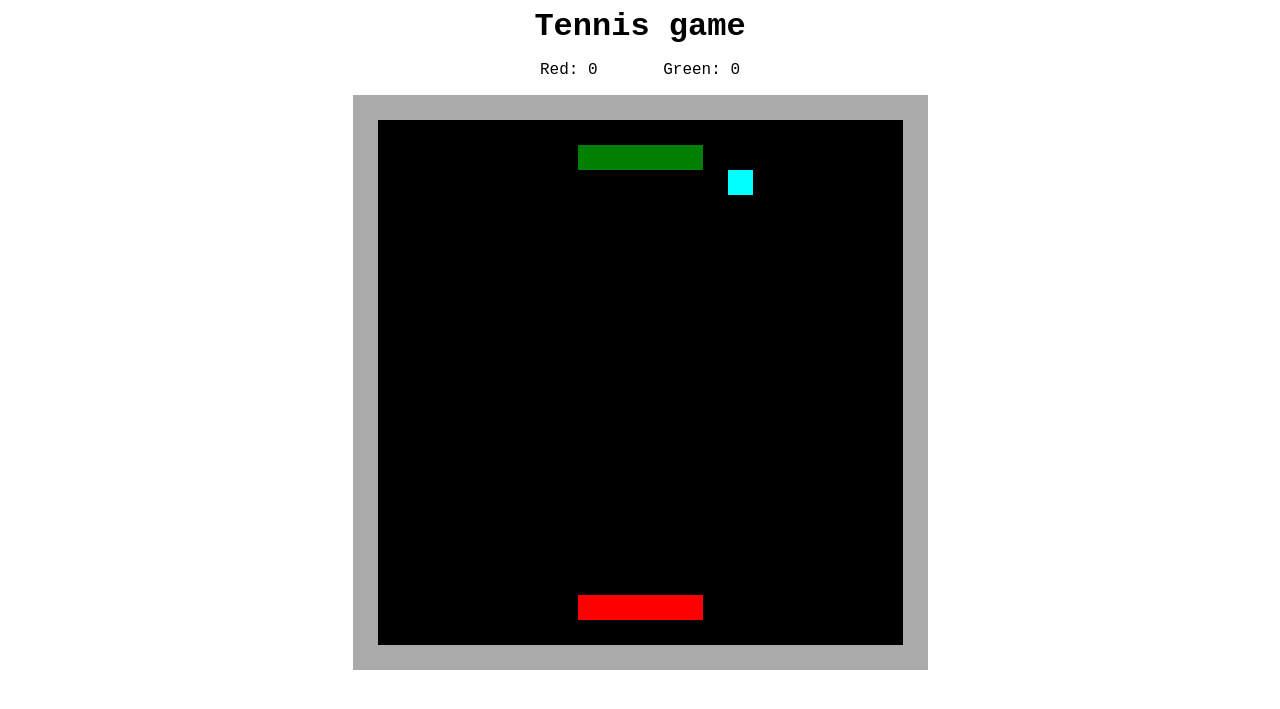
Repository: abdelrahman-ahmed-nassar/javascript-games
Page: my_ping-pong/index.html
An editor plug-in stored every save of this project. The page is shown before and after the next save, followed by the edit.
The browser window is 1280 px wide. The pictures show the whole page.

Above is the page before, as saved 2024-07-27 18:38:13.

### my_ping-pong/index.html
<!DOCTYPE html>
<html lang="en">
  <head>
    <meta charset="UTF-8" />
    <meta name="viewport" content="width=device-width, initial-scale=1.0" />
    <link rel="stylesheet" href="style.css" />
    <script defer src="script.js"></script>
    <title>Tennis 🎾</title>
  </head>
  <body>
    <h1>Tennis game</h1>
    <div class="score-container">
      <p id="player-1">Red: <span id="player--0__score">0</span></p>
      <p id="player-2">Green: <span id="player--1__score">0</span></p>
    </div>
    <canvas id="canvas"></canvas>
  </body>
</html>

### my_ping-pong/style.css
body {
  font-family: "Courier New", Courier, monospace;
  text-align: center;
}
h1 {
  margin: 0;
  padding: 0;
}
.score-container {
  display: flex;
  width: 200px;
  margin: 0 auto;
  justify-content: space-between;
}

### my_ping-pong/script.js
//////////////////////////////////////
///           Variables           ////
//////////////////////////////////////
let blockSize = 25,
  rows = 23,
  cols = 23,
  c,
  ctx,
  gameOver = false,
  activePlayer = 0,
  rocket0 = [11, 20],
  rocket1 = [11, 2],
  ball = [11, 11],
  // accept odd numbers
  rocketWidth = 5,
  ballSpeedX = 0,
  ballSpeedY = 1,
  speeds = [1, -1],
  scores = [0, 0],
  rocket0Body = [],
  rocket1Body = [];

let rocketHalfWidth = (rocketWidth - 1) / 2;
let ballFrameRate = 5;

//////////////////////////////////////
///         Utility function       ////
//////////////////////////////////////

function changeActivePlayer() {
  activePlayer = activePlayer ? 0 : 1;
}

function randomIntFromInterval(min, max) {
  // min and max included
  return Math.floor(Math.random() * (max - min + 1) + min);
}
function getRandomSpeed() {
  return speeds[Math.floor(Math.random() * speeds.length)];
}

function setRocketBody(number) {
  if (number == 0) {
    rocket0Body = [];
    for (let i = 0; i < rocketWidth; i++) {
      let initial = rocket0[0] - rocketHalfWidth;
      rocket0Body.push(initial + i);
    }
  } else if (number == 1) {
    rocket1Body = [];
    for (let i = 0; i < rocketWidth; i++) {
      let initial = rocket1[0] - rocketHalfWidth;
      rocket1Body.push(initial + i);
    }
  }
}

function moveBall() {
  ball[0] += ballSpeedX;
  ball[1] += ballSpeedY;
}

function writeScores() {
  document.getElementById("player--0__score").textContent = scores[0];
  document.getElementById("player--1__score").textContent = scores[1];
}

function goal(playerScored) {
  ball = [11, 11];
  ballSpeedX = 0;
  playerScored ? scores[1]++ : scores[0]++;
  writeScores();
}


//////////////////////////////////////
///         listen function       ////
//////////////////////////////////////

function changeDirection(e) {
  if (e.key == "ArrowRight") {
    if (rocket0[0] >= cols - 2 - rocketHalfWidth) return;
    rocket0[0] += 1;
    setRocketBody(0);
  } else if (e.key == "ArrowLeft") {
    if (rocket0[0] <= 1 + rocketHalfWidth) return;
    rocket0[0] -= 1;
    setRocketBody(0);
  }

  if (e.key == "a") {
    if (rocket1[0] <= 1 + rocketHalfWidth) return;
    rocket1[0] -= 1;
    setRocketBody(1);
  } else if (e.key == "d") {
    if (rocket1[0] >= cols - 2 - rocketHalfWidth) return;
    rocket1[0] += 1;
    setRocketBody(1);
  }
}


//////////////////////////////////////
///         main function       ////
//////////////////////////////////////

function init() {
  c = document.getElementById("canvas");
  c.height = rows * blockSize;
  c.width = cols * blockSize;
  ctx = c.getContext("2d"); //used for drawing on the board

  setRocketBody(0);
  setRocketBody(1);

  document.addEventListener("keyup", changeDirection);
  // update();
  setInterval(update, 1000 / 100); //100 milliseconds
  setInterval(moveBall, 1000 / ballFrameRate); //100 milliseconds
}

init();

function update() {
  if (gameOver) {
    return;
  }

  // screen
  ctx.fillStyle = "#aaa";
  ctx.fillRect(0, 0, c.width, c.height);
  ctx.fillStyle = "black";
  ctx.fillRect(
    1 * blockSize,
    1 * blockSize,
    c.width - 2 * blockSize,
    c.height - 2 * blockSize
  );

  // rocket1
  ctx.fillStyle = "red";
  ctx.fillRect(
    rocket0[0] * blockSize - rocketHalfWidth * blockSize,
    rocket0[1] * blockSize,
    blockSize * rocketWidth,
    blockSize
  );

  // rocket2
  ctx.fillStyle = "green";
  ctx.fillRect(
    rocket1[0] * blockSize - rocketHalfWidth * blockSize,
    rocket1[1] * blockSize,
    blockSize * rocketWidth,
    blockSize
  );

  // ball
  ctx.fillStyle = "cyan";
  ctx.strokeStyle = "black"
  ctx.fillRect(ball[0] * blockSize, ball[1] * blockSize, blockSize, blockSize);

  // hit right wall
  if (ball[0] == 1) {
    ballSpeedX = 1;
  }

  // hit left wall
  if (ball[0] == cols - 2) {
    ballSpeedX = -1;
  }

  // hit bottom wall
  if (ball[1] > 21) {
    goal(1);
  }

  // hit top wall
  if (ball[1] < 1) {
    goal(0);
  }

  // hit rocket

  if (rocket0Body.includes(ball[0]) && ball[1] === 19) {
    ballSpeedY = -1;
    ballSpeedX = getRandomSpeed();
  }

  if (rocket1Body.includes(ball[0]) && ball[1] === 3) {
    ballSpeedY = 1;
    ballSpeedX = getRandomSpeed();
  }

  //game over conditions
  if (scores[0] == 5) {
    writeScores();
    window.alert("red is the winner !");
    scores = [0, 0];
    writeScores();
  }

  if (scores[1] == 6) {
    writeScores();
    window.alert("green is the winner !");
    scores = [0, 0];
    writeScores();
  }
}

After the next save:
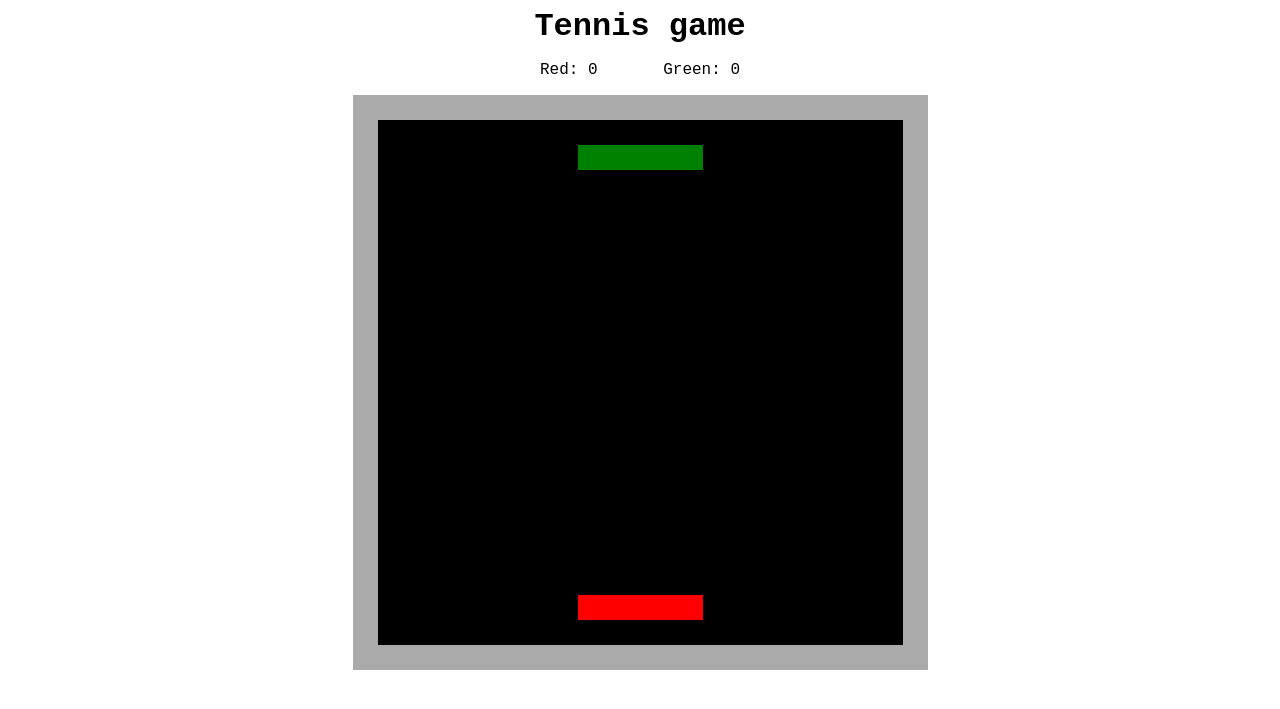
Console error (its wording comes from the project's code and is left out).
Saved 5 s later.
--- a/my_ping-pong/script.js
+++ b/my_ping-pong/script.js
@@ -158,7 +158,7 @@ function update() {
   // ball
   ctx.fillStyle = "cyan";
   ctx.strokeStyle = "black"
-  ctx.fillRect(ball[0] * blockSize, ball[1] * blockSize, blockSize, blockSize);
+  ctx.arc(ball[0] * blockSize, ball[1] * blockSize, blockSize, blockSize);
 
   // hit right wall
   if (ball[0] == 1) {
